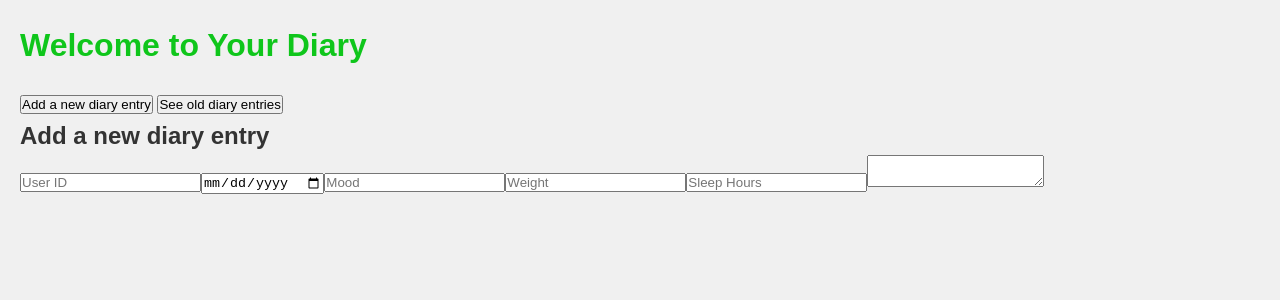
Repository: Javimetro/UniZen
Page: client/public/menu.html
The author's editor kept a copy of each file at every save. The page is drawn from the files as they stood at one save, then again after the next save.
The browser window is 1280 px wide. The pictures show the whole page.
After loading, the first visible `#newEntry` was clicked once.

Above is the page before, as saved 2024-02-27 19:38:46.

### client/public/menu.html
<!DOCTYPE html>
<html>
<head>
  <title>User Menu</title>
  <link rel="stylesheet" href="/src/styles/style.css"> <!-- Link to CSS file -->
</head>
<body>
  <h1>Welcome to Your Diary</h1>
  <button id="newEntry">Add a new diary entry</button>
  <button id="oldEntries">See old diary entries</button>

  <script type="module" src="/src/services/menu.js"></script>
</body>
</html>

### client/src/styles/style.css
/* Basic Reset */
* {
  margin: 0;
  padding: 0;
  box-sizing: border-box;
}

body {
  font-family: 'Arial', sans-serif;
  background-color: #f0f0f0;
  color: #333;
  line-height: 1.6;
  padding: 20px;
}

h1 {
  color: #0fc61b;
  margin-bottom: 20px;
}



p {
  margin-bottom: 20px;
}

#kissaContainer {
  max-width: 800px;
  display: flex;
  flex-direction: column;
  margin: auto;
  background: #fff;
  padding: 20px;
  border-radius: 8px;
  box-shadow: 0 2px 4px rgba(0, 0, 0, 0.1);
}
.card-area {
  display: flex;
  flex-direction: row;
}
.card {
  display: flex; /* Use flexbox layout */
  border: 1px solid #ccc; /* Optional: Add border for visual separation */
  border-radius: 5px; /* Optional: Add border radius for rounded corners */
}

.card-img {
  flex: 1; /* Make the image container grow to fill available space */
  padding: 10px; /* Optional: Add padding for spacing */
}

.card-img img {
  width: 100%; /* Make the image fill the container */
  border-radius: 5px; /* Optional: Add border radius for rounded corners */
}

.card-diary {
  flex: 2; /* Make the diary entry container grow to fill available space */
  padding: 10px; /* Optional: Add padding for spacing */
}

### client/src/services/menu.js
// menu.js
import { createDiaryCards } from '../utils/renderContainer.js';

window.onload = function() {
  var contentDiv = document.createElement('div');
  contentDiv.id = 'content';
  document.body.appendChild(contentDiv);
};



document.getElementById('newEntry').addEventListener('click', function() {
  var contentDiv = document.getElementById('content');
  contentDiv.innerHTML = ''; // Clear the content div
  var h2 = document.createElement('h2');
  h2.textContent = 'Add a new diary entry';
  var form = document.createElement('form');

  // Create form fields
  var userId = document.createElement('input');
  userId.setAttribute('type', 'text');
  userId.setAttribute('name', 'user_id');
  userId.setAttribute('placeholder', 'User ID');

  var entryDate = document.createElement('input');
  entryDate.setAttribute('type', 'date');
  entryDate.setAttribute('name', 'entry_date');

  var mood = document.createElement('input');
  mood.setAttribute('type', 'text');
  mood.setAttribute('name', 'mood');
  mood.setAttribute('placeholder', 'Mood');

  var weight = document.createElement('input');
  weight.setAttribute('type', 'number');
  weight.setAttribute('name', 'weight');
  weight.setAttribute('placeholder', 'Weight');

  var sleepHours = document.createElement('input');
  sleepHours.setAttribute('type', 'number');
  sleepHours.setAttribute('name', 'sleep_hours');
  sleepHours.setAttribute('placeholder', 'Sleep Hours');

  var notes = document.createElement('textarea');
  notes.setAttribute('name', 'notes');

  // Add form fields to form
  form.appendChild(userId);
  form.appendChild(entryDate);
  form.appendChild(mood);
  form.appendChild(weight);
  form.appendChild(sleepHours);
  form.appendChild(notes);

  // Add form to content div
  contentDiv.appendChild(h2);
  contentDiv.appendChild(form);
});


document.getElementById('oldEntries').addEventListener('click', function() {
  var contentDiv = document.getElementById('content');
  contentDiv.innerHTML = ''; // Clear the content div
  var h2 = document.createElement('h2');
  h2.textContent = 'Old diary entries';
  var div = document.createElement('div');
  createDiaryCards();
  contentDiv.appendChild(h2);
  contentDiv.appendChild(div);
});

### client/src/utils/renderContainer.js
import { getDiaryEntries } from '../services/diaryService.js';

async function createDiaryCards() {
  try {
    const diaryData = await getDiaryEntries();

    const section = document.createElement('section');
    section.classList.add('card-area');

    diaryData.forEach((entry, index) => {
      const card = document.createElement('div');
      card.classList.add('card');

      const diaryContainer = document.createElement('div');
      diaryContainer.classList.add('card-diary');
      const title = document.createElement('h4');
      title.textContent = `Diary card ${index + 1}`;
      const description = document.createElement('p');
      description.textContent = entry.notes;
      const mood = document.createElement('p');
      mood.textContent = `Mood: ${entry.mood}`;
      const weight = document.createElement('p');
      weight.textContent = `Weight: ${entry.weight}`;
      const sleep = document.createElement('p');
      sleep.textContent = `Sleep hours: ${entry.sleep_hours}`;

      diaryContainer.appendChild(title);
      diaryContainer.appendChild(description);
      diaryContainer.appendChild(mood);
      diaryContainer.appendChild(weight);
      diaryContainer.appendChild(sleep);

      card.appendChild(diaryContainer);

      section.appendChild(card);
    });
    const h3Element = document.querySelector('h3');
    h3Element.parentNode.insertBefore(section, h3Element.nextSibling);

  } catch (error) {
    console.error('Error creating diary cards with fetch:', error);
  }
}


export {createDiaryCards}

### client/src/services/diaryService.js
const getDiaryEntries = async () => {
    const token = localStorage.getItem('token');
    console.log(token);
    const response = await fetch('http://localhost:3000/api/entries', {
      headers: {
        'Authorization': 'Bearer ' + token
      }
    })
    if (!response.ok) {
      throw new Error('Failed to fetch diary entries');
    }

      return response.json();
    };
export { getDiaryEntries };

After the next save:
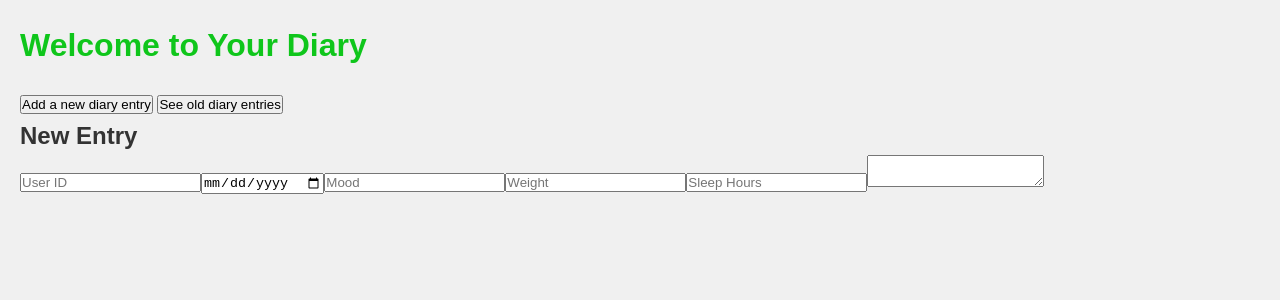
Saved 78 s later.
--- a/client/src/services/menu.js
+++ b/client/src/services/menu.js
@@ -13,7 +13,7 @@ document.getElementById('newEntry').addEventListener('click', function() {
   var contentDiv = document.getElementById('content');
   contentDiv.innerHTML = ''; // Clear the content div
   var h2 = document.createElement('h2');
-  h2.textContent = 'Add a new diary entry';
+  h2.textContent = 'New Entry';
   var form = document.createElement('form');
 
   // Create form fields
